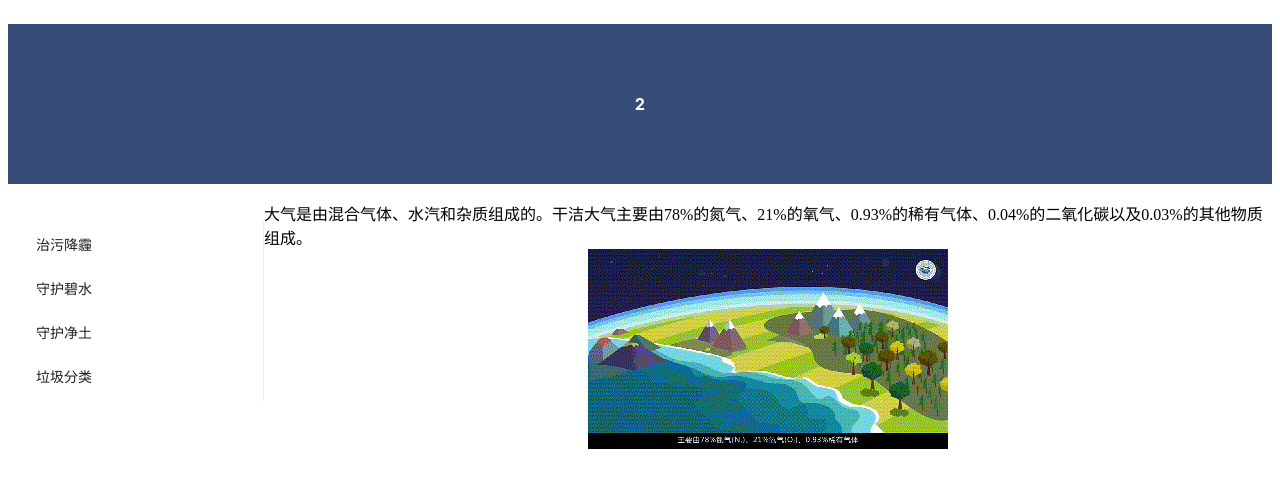
Repository: samllbin/summerWeb
Page: /
These files come from the project's save history. The page is drawn as it stood at one moment and after the next save; the edit follows.
The browser window is 1280 px wide. The pictures show the whole page.
The project was rebuilt for these pictures with package versions that can differ from the ones it lists, and the page was loaded fresh each time. Also part of the build but not shown: vite.config.js, components/menu/config.js, components/article/index.module.css, components/article/index.jsx.

Above is the page before, as saved 2024-07-22 16:05:34.

After the next save:
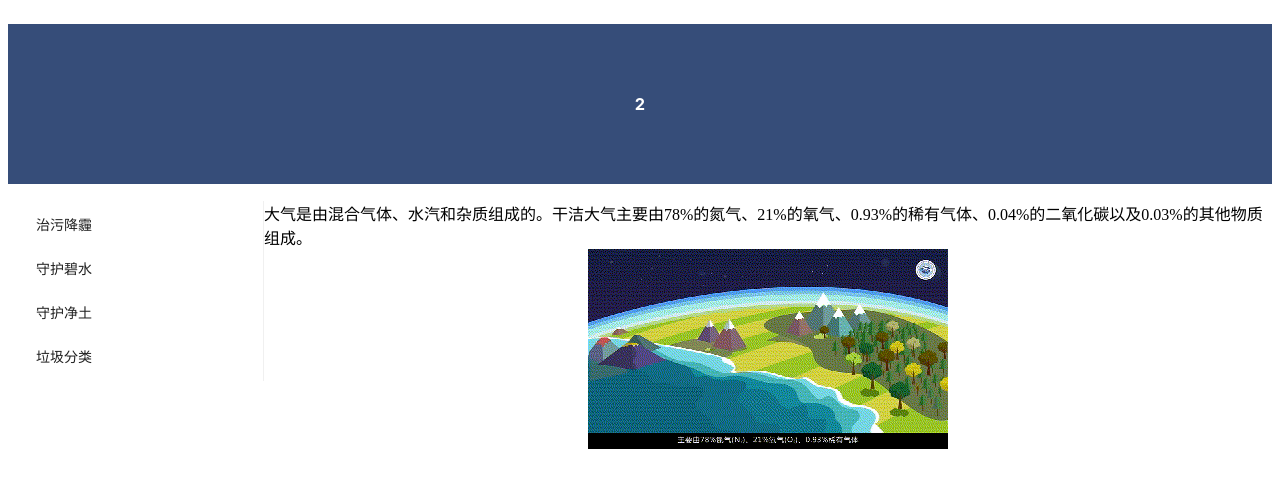
Saved 5 s later.
--- a/components/menu/MenuTab.jsx
+++ b/components/menu/MenuTab.jsx
@@ -12,7 +12,7 @@ export default function MenuTab({ current, setCurrent }) {
     <div>
       <Menu
         onClick={onClick}
-        style={{ width: 256, marginTop: 20 }}
+        style={{ width: 256 }}
         defaultOpenKeys={["sub1"]}
         selectedKeys={[current]}
         mode="inline"
